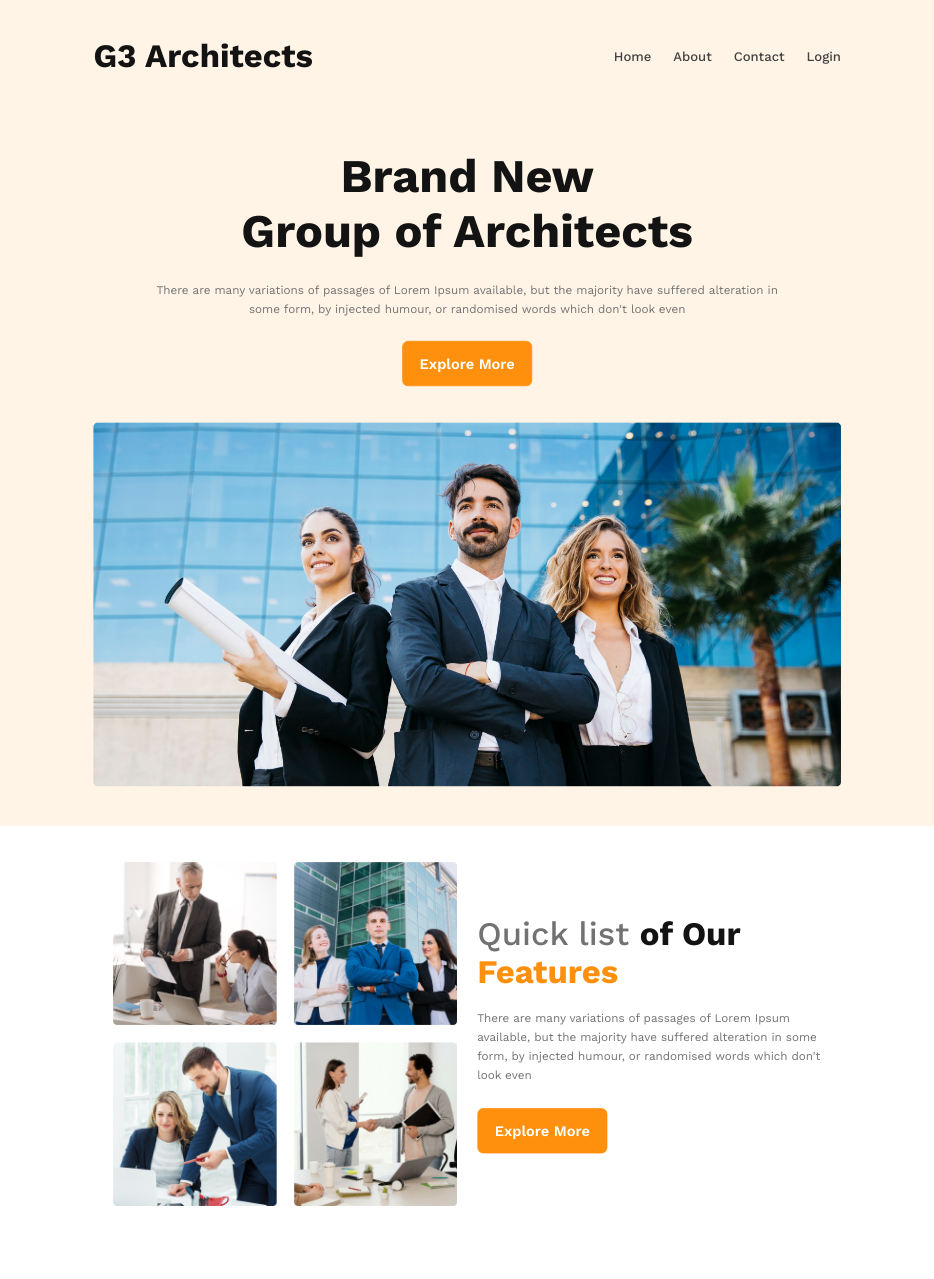
Repository: ShouravAhammed/G3-architects-webpage
Page: index.html
The author's editor kept a copy of each file at every save. The page is drawn from the files as they stood at one save, then again after the next save.
The browser window is 1280 px wide. The pictures show the whole page, at 73% of full size.

Above is the page before, as saved 2024-01-13 00:48:49.

### index.html
<!DOCTYPE html>
<html lang="en">
<head>
    <meta charset="UTF-8">
    <meta name="viewport" content="width=device-width, initial-scale=1.0">
    <title>G3 Architects</title>
    <link rel="stylesheet" href="styles/style.css">
</head>
<body>
    <!-- header part -->
    <header id="header">
        <div class="container">
            <nav class="navigation">
                <h3 class="website-logo">G3 Architects</h3>
                <ul class="nav">
                    <li><a href="">Home</a></li>
                    <li><a href="">About</a></li>
                    <li><a href="">Contact</a></li>
                    <li><a href="">Login</a></li>
                </ul>
            </nav>
            <section id="banner">
                <div class="banner-content">
                    <h3 class="banner-title">Brand New <br>Group of Architects</h3>
                    <p class="banner-description">There are many variations of passages of Lorem Ipsum available, but the majority have suffered alteration in some form, by injected humour, or randomised words which don't look even</p>
                    <button class="primary-btn">Explore More</button>
                </div>
                <img src="images/banner.png" alt="">
            </section>
        </div>
    </header>
    <!-- main part -->
    <main>
        <section id="team">
            <div class="container">
                <div class="team-content">
                    <div class="team-img">
                        <img src="images/team1.png" alt="team1-img">
                        <img src="images/team2.png" alt="team2-img">
                        <img src="images/team3.png" alt="team3-img">
                        <img src="images/team4.png" alt="team4-img">
                    </div>
                    <div class="team-text">
                        <h3 class="team-title"> <span id="gray-font">Quick list </span>of Our <span id="yellow-font">Features</span></h3>
                        <p class="team-description">There are many variations of passages of Lorem Ipsum available, but the majority have suffered alteration in some form, by injected humour, or randomised words which don't look even</p>
                        <button class="primary-btn">Explore More</button>
                    </div>
                </div>
            </div>
        </section>
    </main>
    <!-- footer part  -->
    <footer>

    </footer>
</body>
</html>

### styles/style.css
/* G3 Architects website fonts from google fonts */
@import url('https://fonts.googleapis.com/css2?family=Work+Sans:ital,wght@0,100;0,200;0,300;0,400;0,500;0,600;0,700;0,800;0,900;1,100;1,200;1,300;1,400;1,500;1,600;1,700;1,800;1,900&display=swap');

/* all body measuring */
*{
    margin: 0;
    padding: 0;
    outline: 0;
    box-sizing: border-box;
    font-family: 'Work Sans', sans-serif;
}

/* container */
.container{
    width: 80%;
    margin: 0 auto;
}

/* Primary button */
.primary-btn{
    color: #FFF;
    font-size: 20px;
    font-weight: 600;
    padding: 18px 23px;
    border-radius: 8px;
    background: #FF900E;
    border: 1px solid #FF900E;
    cursor: pointer;
    transition: all ease 0.5s;
}
.primary-btn:hover{
    background: #fff;
    color: #FF900E;
}
/* Header part css style */
#header{
    background: rgba(255, 144, 14, 0.10);
    padding: 50px 0px;
}
.navigation{
    display: flex;
    justify-content: space-between;
    align-items: center;
}
.website-logo{
    color: #131313;
    font-size: 2.8rem;
    font-weight: 700;
    line-height: normal;
}
.navigation > .nav{
    display: flex;
    gap: 30px;
}
.nav li{
    list-style: none;
}
.nav li a{
    color: #424242;
    font-size: 18px;
    font-weight: 500;
    line-height: 26px;
    text-decoration: none;
    transition: all ease 0.3s;
}
/* Navigation css hover style  */
.nav li a:hover{
    color: #FF900E;
}
/* banner section css style start */
#banner{

}
#banner .banner-content{
    max-width: 862px;
    margin: 100px auto 50px auto;
    text-align: center;
}
.banner-content .banner-title{
    color: #131313;
    font-size: 4rem;
    font-weight: 700;
}
.banner-content .banner-description{
    color: #727272;
    font-size: 16px;
    font-weight: 400;
    line-height: 26px;
    margin: 30px 0;
}
#banner img{
    width: 100%;
}
/* banner section css style end */
/* team section css style start */
#team{
    margin-top: 50px;
    margin-bottom: 100px;
}
.team-content{
    display: flex;
    justify-content: space-evenly;
    align-items: center;
}
.team-content .team-img{
    display: grid;
    grid-template-columns: repeat(2, 1fr);
    gap: 24px;
    width: 46%;
}
.team-content .team-img img{
    width: 100%;
}
.team-content .team-text{
    width: 46%;
}
.team-text .team-title{
    color: #131313;
    font-size: 45px;
    font-weight: 700;
}
#gray-font{
    color: #727272;
    font-weight: 500;
}
#yellow-font{
    color: #FF900E;
}
.team-text .team-description{
    color: #727272;
    font-size: 16px;
    font-weight: 400;
    line-height: 26px;
    margin-top: 24px;
    margin-bottom: 32px;
}












/* mobile device */
@media only screen and (max-width: 576px){
    .navigation{
        flex-direction: column;
    }
    #banner .banner-content {
        max-width: 100%;
        margin: 50px auto 50px auto;
    }
}

/* tablet device */
@media only screen and (min-width: 577px) and (max-width: 992px){
    .navigation{
        flex-direction: column;
    }
    #banner .banner-content {
        max-width: 100%;
        margin: 80px auto 50px auto;
    }
}

After the next save:
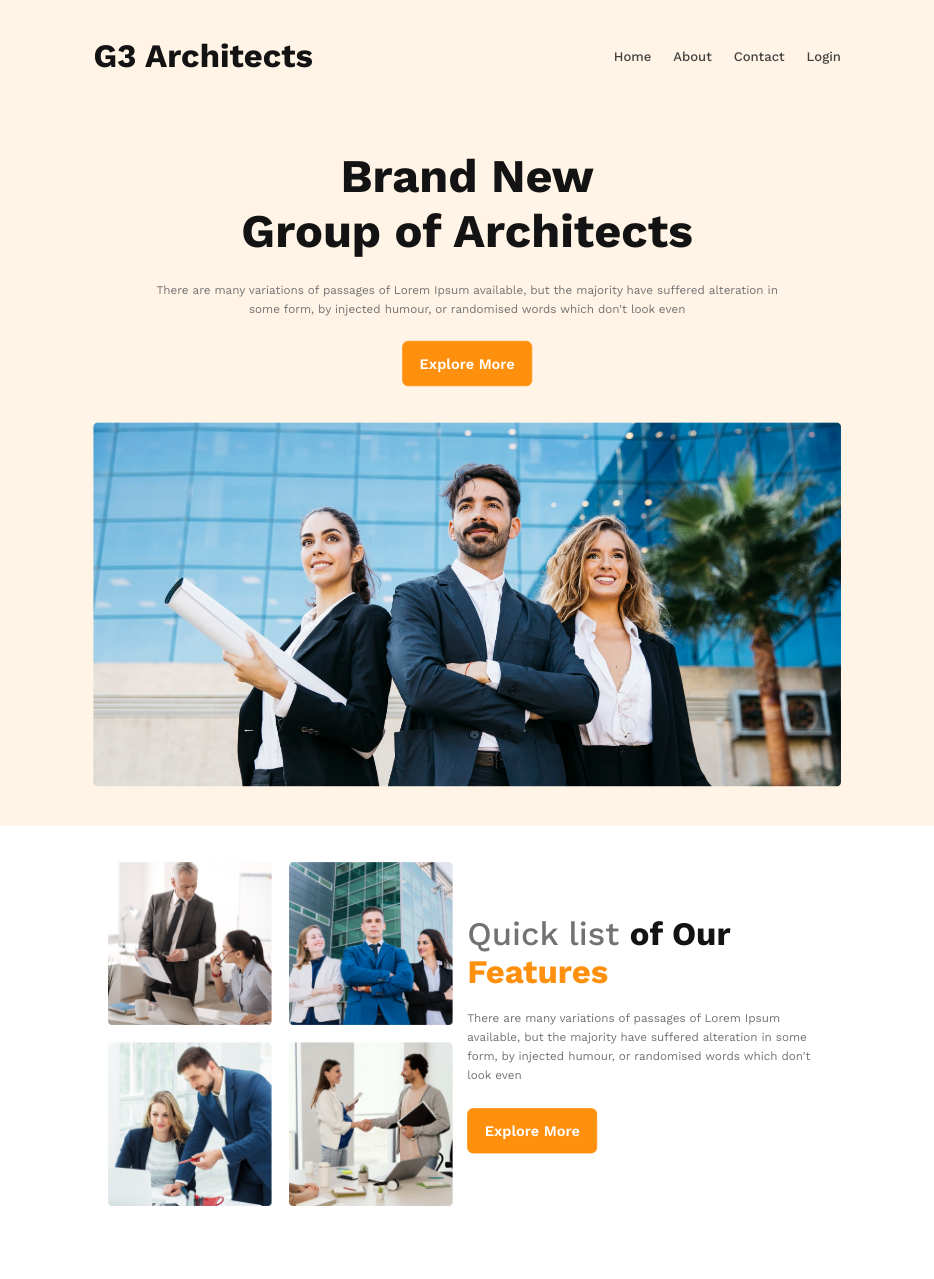
Saved 68 s later.
--- a/styles/style.css
+++ b/styles/style.css
@@ -112,7 +112,7 @@
     width: 100%;
 }
 .team-content .team-text{
-    width: 46%;
+    width: 48%;
 }
 .team-text .team-title{
     color: #131313;
